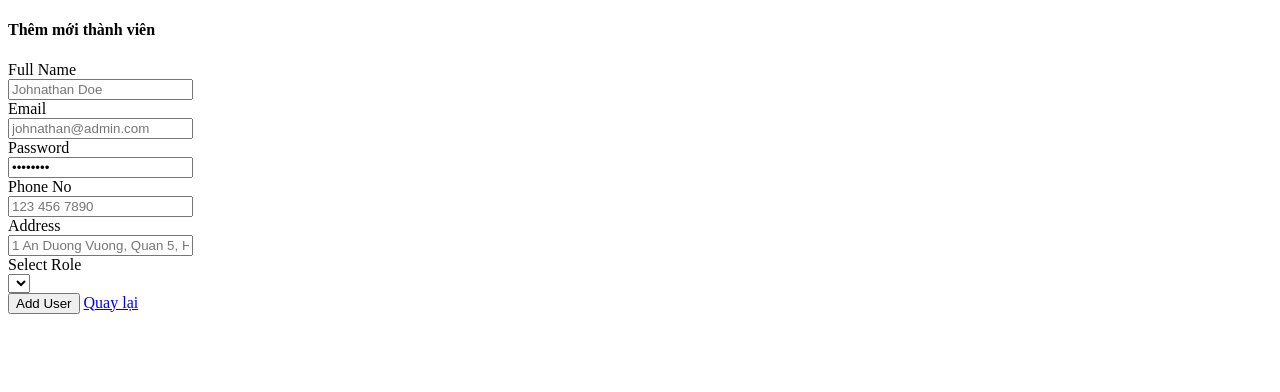
Repository: mindland/CrmApp
Page: http://localhost/CrmApp/WEB-INF/views/user/add.jsp
These files come from the project's save history. The page is drawn as it stood at one moment and after the next save; the edit follows.
The browser window is 1280 px wide. The pictures show the whole page.
The page is served by Tomcat 9. Nobody is signed in. The template is opened directly, without the code that normally fills it, so the values that code supplies are empty.

Above is the page before, as saved 2020-09-12 12:34:53.

After the next save:
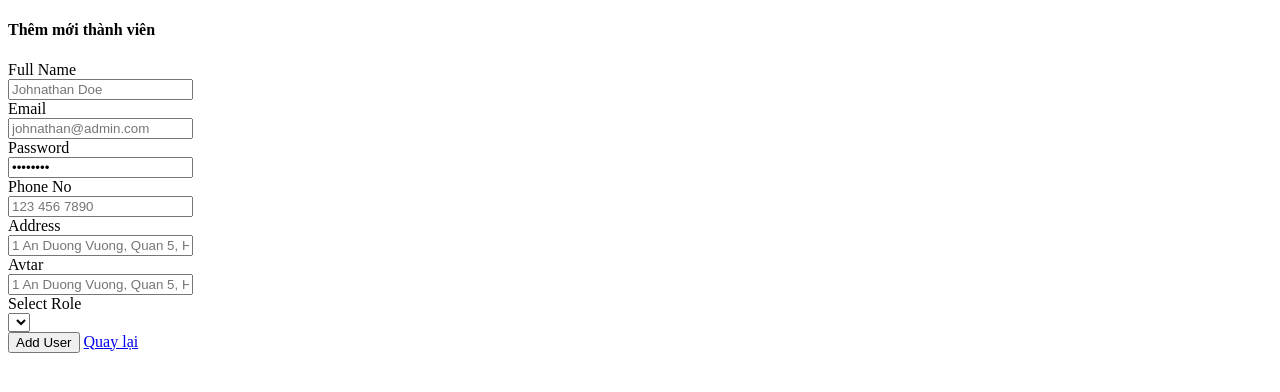
Saved 28 s later.
--- a/CrmApp/WebContent/WEB-INF/views/user/add.jsp
+++ b/CrmApp/WebContent/WEB-INF/views/user/add.jsp
@@ -59,13 +59,20 @@
 						</div>
 					</div>
 					<div class="form-group">
+						<label class="col-sm-12">Avtar</label>
+						<div class="col-md-12">
+							<input type="text"
+								placeholder="1 An Duong Vuong, Quan 5, Ho Chi Minh city"
+								class="form-control form-control-line" name="address">
+						</div>
+					</div>
+					<div class="form-group">
 						<label class="col-sm-12">Select Role</label>
 						<div class="col-sm-12">
 							<select class="form-control form-control-line" name="role">
 								<c:forEach var="item" items="${roles}">
 									<option>${item.name }</option>
 								</c:forEach>
-
 							</select>
 						</div>
 					</div>
